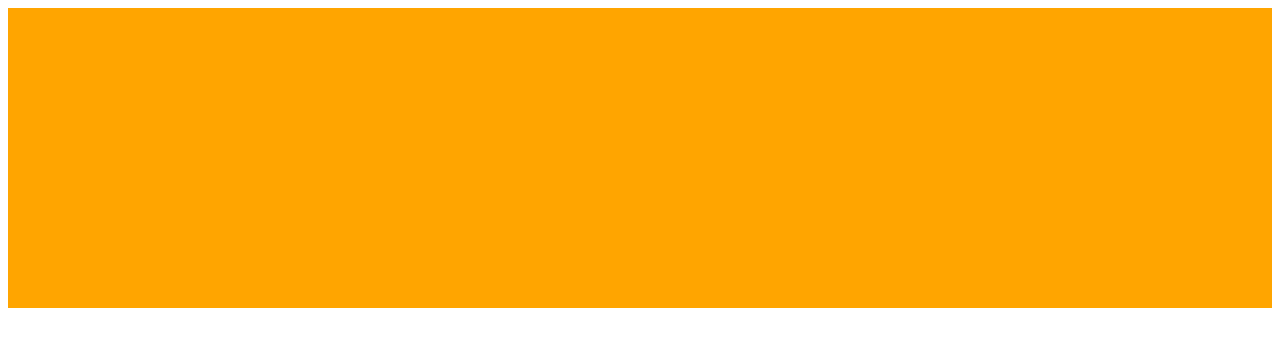
Repository: ddochiisrich/Ddochi-Web
Page: http://localhost/JSPClassCh06/media_query01.jsp
These files come from the project's save history. The page is drawn as it stood at one moment and after the next save; the edit follows.
The browser window is 1280 px wide. The pictures show the whole page.
The page is served by Tomcat 9. Other server files are loaded and not shown.

Above is the page before, as saved 2024-04-09 01:58:27.

### JSPClassCh06/src/main/webapp/media_query01.jsp
<%@ page language="java" contentType="text/html; charset=UTF-8"
    pageEncoding="UTF-8"%>
<!DOCTYPE html>
<html>
<head>
<meta charset="UTF-8">
<meta name="viewport" content="width=device=width, initial-scale=1">
<title>MEDIA_QUERY</title>
<style>
	.content{
		height: 300px;
		background-color: orange;
	}
	@media screen and(min-width: 768px) {
		.content { background-color: red; }
	}
	@media screen and(min-width: 1024px) {
		.content { background-color: blue; }
	}
	@media screen and(min-width: 1280px) {
		.content { background-color: green; }
	}
</style>
</head>
<body>
	<div id="box" class="content"></div>
</body>
</html>

After the next save:
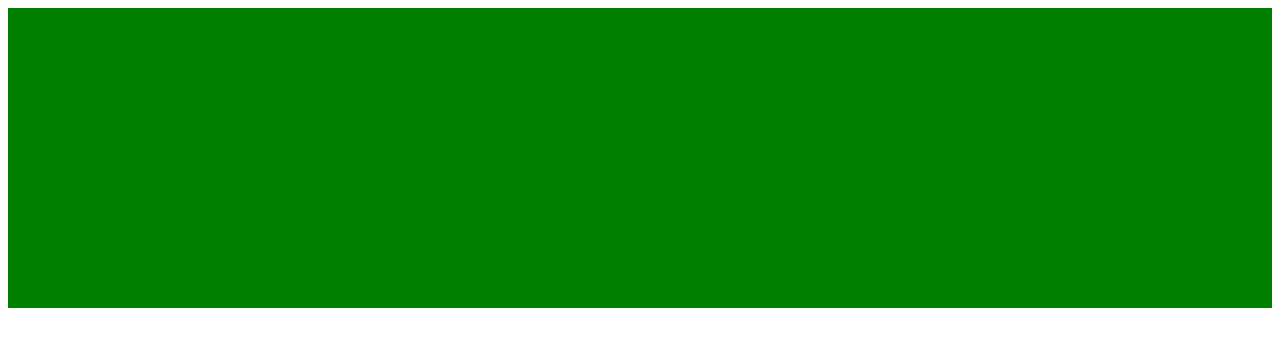
Saved 4 min 55 s later.
--- a/JSPClassCh06/src/main/webapp/media_query01.jsp
+++ b/JSPClassCh06/src/main/webapp/media_query01.jsp
@@ -11,13 +11,13 @@
 		height: 300px;
 		background-color: orange;
 	}
-	@media screen and(min-width: 768px) {
+	@media screen and (min-width: 768px) {
 		.content { background-color: red; }
 	}
-	@media screen and(min-width: 1024px) {
+	@media screen and (min-width: 1024px) {
 		.content { background-color: blue; }
 	}
-	@media screen and(min-width: 1280px) {
+	@media screen and (min-width: 1280px) {
 		.content { background-color: green; }
 	}
 </style>
